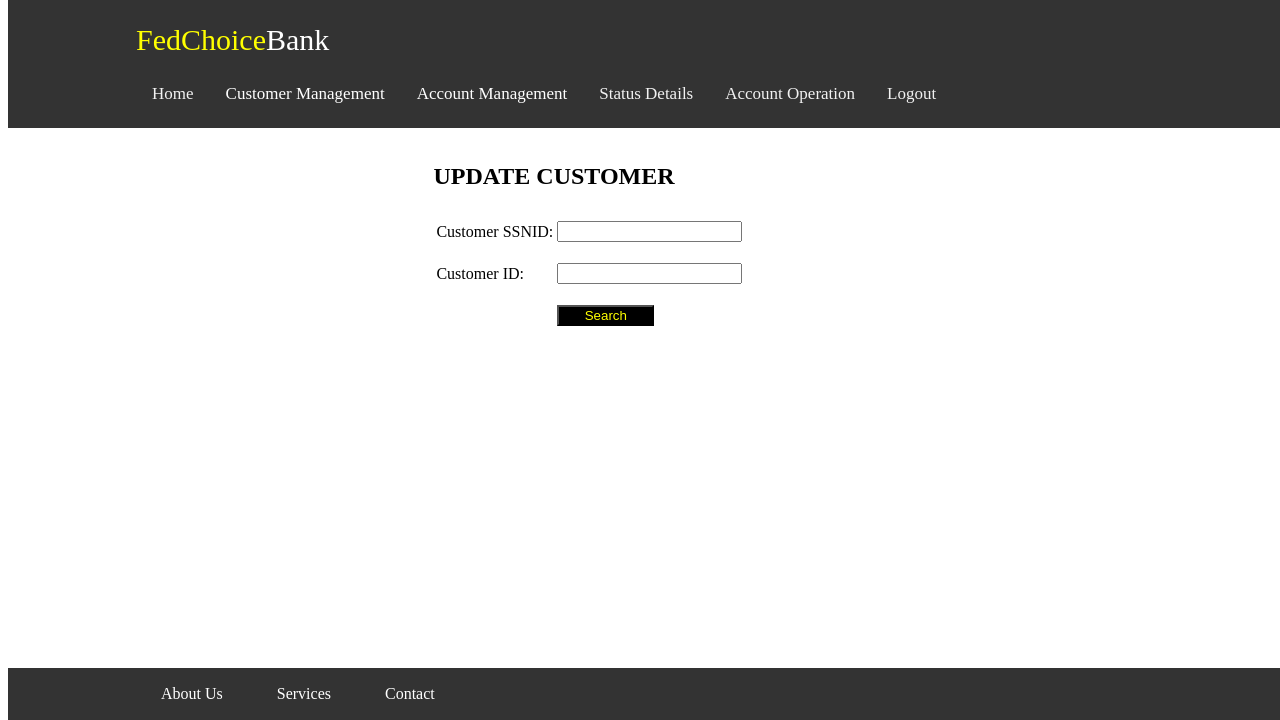
Repository: gopikavinod/RBM
Page: http://localhost/Retail_Bank_Management/updateCustomer.jsp
The author's editor kept a copy of each file at every save. The page is drawn from the files as they stood at one save, then again after the next save.
The browser window is 1280 px wide. The pictures show the whole page.
The page is served by Tomcat 9.

Above is the page before, as saved 2020-06-21 15:44:03.

After the next save:
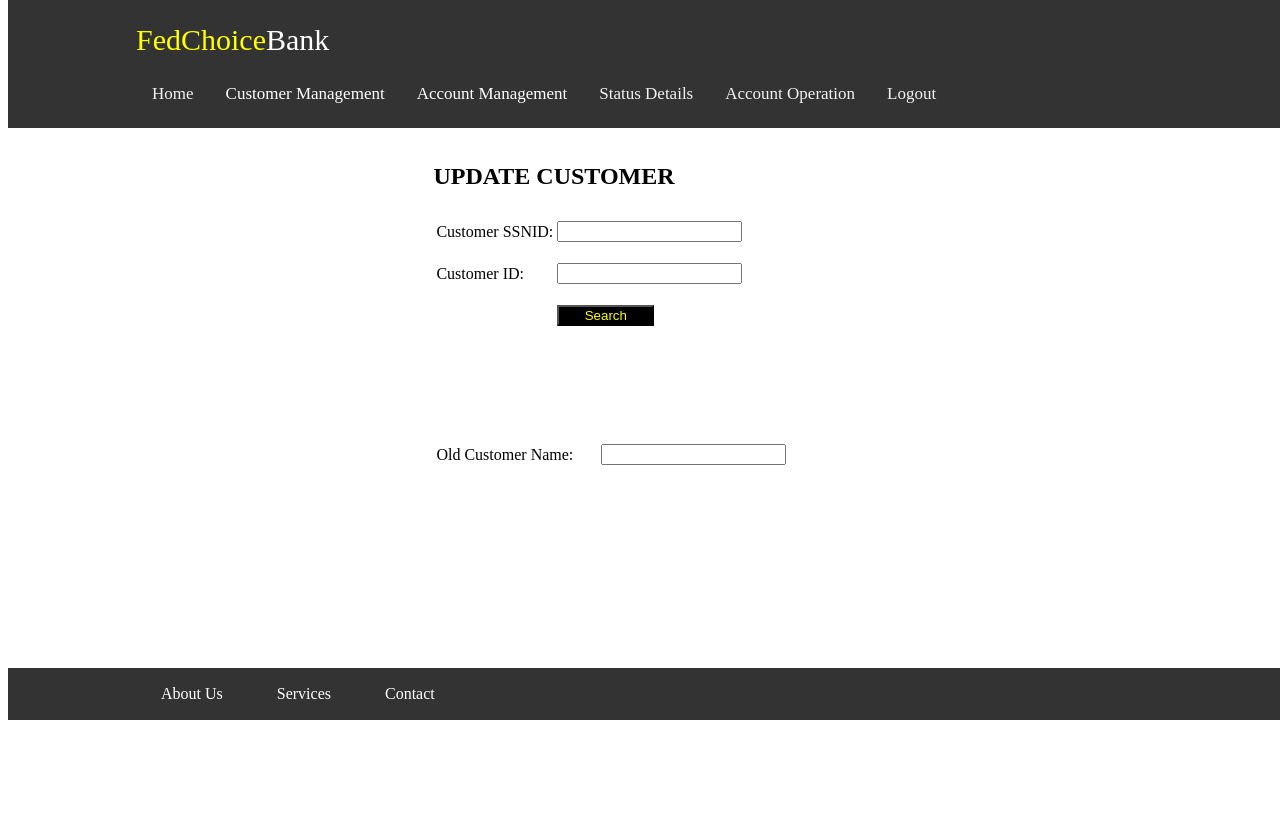
Saved 9 min 6 s later.
--- a/eclipse-workspace/Retail Bank Management/WebContent/updateCustomer.jsp
+++ b/eclipse-workspace/Retail Bank Management/WebContent/updateCustomer.jsp
@@ -186,9 +186,18 @@
 
 
 
-<%-- <tr  style="visibility:hidden">
+
+
+</table>
+
+    	</form>
+
+<form  action="UpdateCustomerServlete" name="updateCustomerform"   enctype="multipart/form-data" style="margin-top: 95px;
+    margin-left: 299px;">
+    	<table>
+    	<tr>
 <td>Old Customer Name:</td>
-<td><input type="text" id="cname" name="customername"  style="visibility:hidden" value="<%
+<td><input type="text" id="cname" name="customername"   value="<%
 
 CustomerBean updatecustomer = new CustomerBean();
 String name="";
@@ -221,10 +230,9 @@
 
 <tr colspan="2"  style="visibility:hidden">
 <td></td>
-<td><input type="submit" value="Search" style="background-color: black;color: yellow ;width:97px"></td>
-</tr> --%>
-
-</table>
+<td><input type="submit" value="Update" style="background-color: black;color: yellow ;width:97px"></td>
+</tr>
+    	</table>
 
     	</form>
     	</p>

After the save that followed:
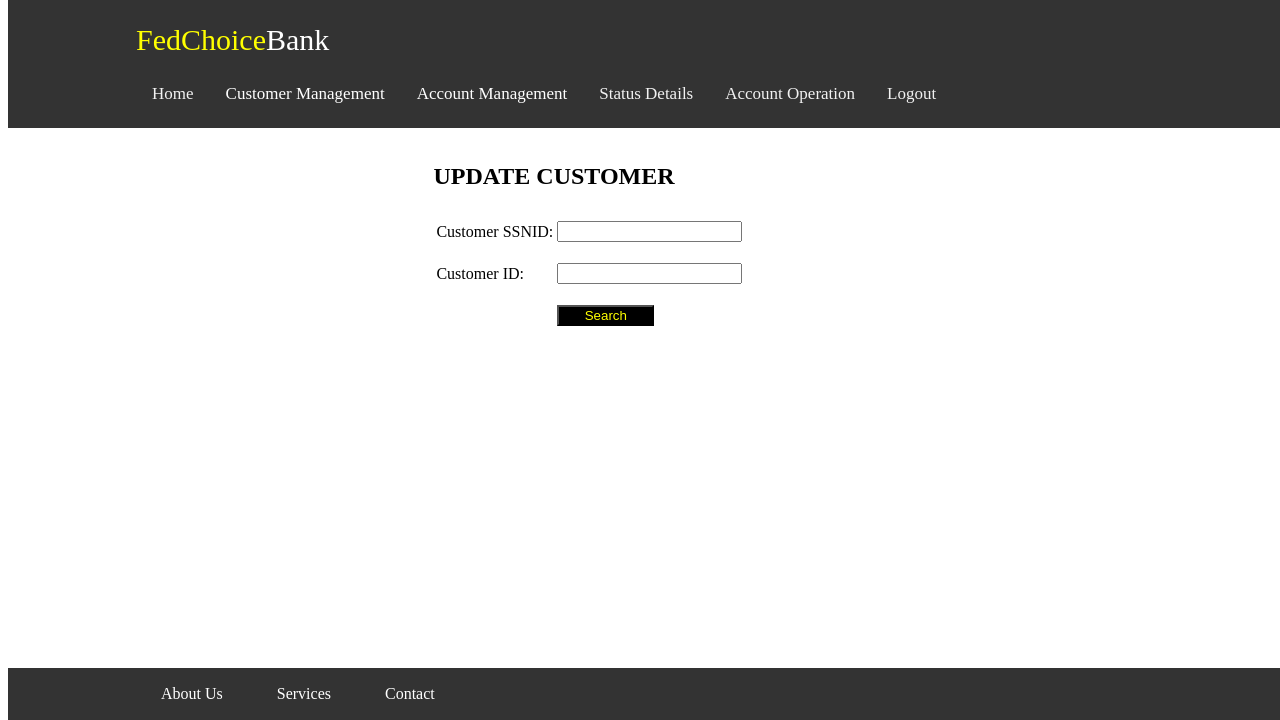
Saved 9 min 33 s later.
--- a/eclipse-workspace/Retail Bank Management/WebContent/updateCustomer.jsp
+++ b/eclipse-workspace/Retail Bank Management/WebContent/updateCustomer.jsp
@@ -166,6 +166,7 @@
     </div>
     <div class="container">
     <p>
+    <div id="searchdiv1" ${param.searchButton == 'Advanced Search'?'hidden':''}>
     	<form action="UpdateCustomerServlete" name="updateCustomer"   enctype="multipart/form-data" style="margin-top: 95px;
     margin-left: 299px;" >
     <h2>UPDATE CUSTOMER</h2>
@@ -180,7 +181,7 @@
 </tr>
 <tr colspan="2" >
 <td></td>
-<td><input type="submit" value="Search" style="background-color: black;color: yellow ;width:97px"></td>
+<td><input type="submit" name="searchButton" value="Search" style="background-color: black;color: yellow ;width:97px"></td>
 </tr>
 
 
@@ -191,7 +192,8 @@
 </table>
 
     	</form>
-
+    	</div>
+ <div id= "serchdiv2"  ${param.searchButton == 'Search'?'':'hidden'}>
 <form  action="UpdateCustomerServlete" name="updateCustomerform"   enctype="multipart/form-data" style="margin-top: 95px;
     margin-left: 299px;">
     	<table>
@@ -235,6 +237,7 @@
     	</table>
 
     	</form>
+    	</div>
     	</p>
     	    </div>
     <div class="fixed-footer">
